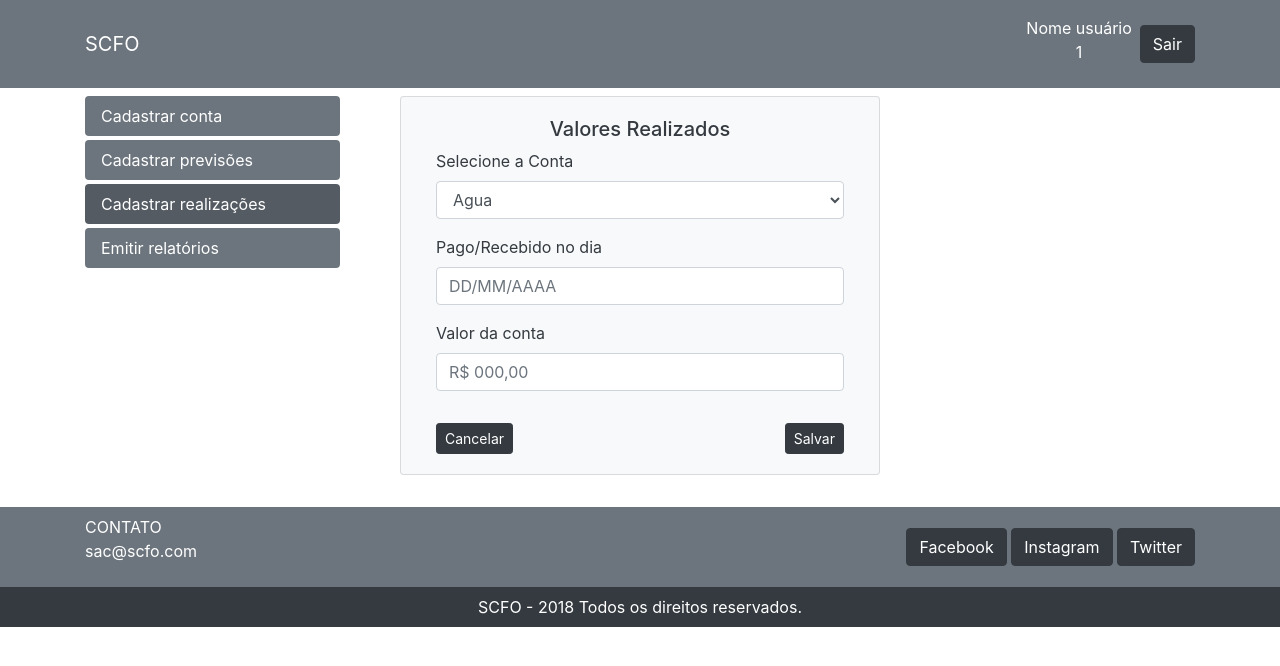
Repository: MaickSilva/scfoheroku
Page: http://localhost/inserirValores.php
The author's editor kept a record of every edit. The page is drawn from the files as they stood at one moment, then again after the next edit.
The browser window is 1280 px wide. The pictures show the whole page.
Some web libraries are served in a nearby version. The page is run by PHP 8.4 with error messages shown; the project is at /var/www/html/. The session is filled in as if someone had signed in: {"UsuarioLog": true, "cpf": 1, "senha": 1}. Other server files are loaded and not shown.

Above is the page before.

### workspace/inserirValores.php
<?php include "header.php" ?>
<?php
    session_start();
    if(!isset($_SESSION['UsuarioLog'])){
        header("Location: index.php");
        session_destroy();
    }

    if(isset($_GET['logout'])){
        session_destroy();
        header("Location: index.php");
    }
?>
    <?php include "navbarLogado.php" ?>

    <div class="container mb-3">
        <div class="row">
            <div class="col-12 col-sm-12 col-md-4 col-lg-3">
                <div class="nav flex-column nav-pills mt-2" id="v-pills-tab" role="tablist" aria-orientation="vertical">
                    <a href="cadastrarConta.php" class="nav-link btn-secondary" id="cadastroConta" role="tab" aria-controls="v-pills-home" aria-selected="false">Cadastrar conta</a>
                    <a href="cadastrarPrevisao.php" class="nav-link btn-secondary mt-1" id="v-pills-profile-tab" role="tab" aria-controls="v-pills-profile" aria-selected="false">Cadastrar previsões</a>
                    <a href="inserirValores.php" class="nav-link btn-secondary mt-1 active" id="inserirValores" role="tab" aria-controls="v-pills-valores" aria-selected="tru">Cadastrar realizações</a>
                    <a href="#" class="nav-link btn-secondary mt-1" id="v-pills-settings-tab" role="tab" aria-controls="v-pills-settings" aria-selected="false">Emitir relatórios</a>
                </div>
            </div>
            <div class="col-12 col-sm-12 col-md-8 col-lg-6">
                <div class="card text-white bg-light mb-3 mt-2 mx-auto" style="max-width: 30rem;">
                    <div class="card-body">
                        <div class="container ">
                            <form class="mx-auto text-dark " style="width: auto;" "card-text">
                                <div class="container text-center">
                                    <h5>Valores Realizados</h5>
                                </div>

                                <div class="form-group">
                                    <label for="tipoConta">Selecione a Conta</label>
                                    <select class="form-control">
                                        <option>Agua</option>
                                        <option>Luz</option>
                                        <option>Internet</option>
                                        <option>Gás</option>
                                    </select>
                                </div>

                                <div class="form-group">
                                    <label for="exampleInputCpf">Pago/Recebido no dia</label>
                                    <input type="text" class="form-control" id="datavencimento" placeholder="DD/MM/AAAA" name="dataVencimento" OnKeyPress="formatar('##/##/##', this)" maxlength="10">
                                </div>

                               <div class="form-group">
                                    <label for="exampleInputCpf">Valor da conta</label>
                                    <input type="text" class="form-control" id="valorconta" placeholder="R$ 000,00" name="dataVencimento">
                                </div>

                                <button type="submit" class="btn btn-dark float-right mt-3 btn-sm col-">Salvar</button>
                                <a href="logado.php">
                                    <button type="button" class="btn btn-dark mt-3 btn-sm col-">Cancelar</button>
                                </a>

                            </form>
                        </div>
                    </div>
                </div>
            </div>
        </div>
    </div>


<?php include "footer.php" ?>

</body>
</html>

### workspace/header.php
<!DOCTYPE html>
<html lang="pt-br">

<head>
    <meta charset="utf-8">
    <meta http-equiv="X-UA-Compatible" content="IE=edge">
    <meta name="viewport" content="width=device-width, initial-scale=1">
    <title>Sistema de Controle Financeiro Orçamentário</title>

    <!-- Bootstrap CSS-->
    <link rel="stylesheet" href="css/bootstrap.min.css">
    <link rel="stylesheet" href="css/style.css">

    <link rel="stylesheet" href="https://use.fontawesome.com/releases/v5.0.12/css/all.css" integrity="sha384-G0fIWCsCzJIMAVNQPfjH08cyYaUtMwjJwqiRKxxE/rx96Uroj1BtIQ6MLJuheaO9" crossorigin="anonymous">

    <!-- Formatação de textos -->
    <script>
        function formatar(mascara, documento){
          var i = documento.value.length;
          var saida = mascara.substring(0,1);
          var texto = mascara.substring(i)

          if (texto.substring(0,1) != saida){
                    documento.value += texto.substring(0,1);
          }

        }
    </script>
</head>

<body>

### workspace/navbarLogado.php
<nav class="navbar navbar-expand-md navbar-dark bg-secondary ">
    <div class="container">
        <a class="navbar-brand " href="logado.php">SCFO</a>
        <form class="form-inline">
            <ul class="list-unstyled text-white text-center ml-2 mr-2 pt-2">
                <li>
                    <p class="mb-0 ">Nome usuário</p>
                </li>
                <li>
                    <?php
                    echo " ".$_SESSION['cpf']
                    ?>

                </li>
            </ul>
            <button type="button" class="btn btn-dark">Sair</button>
        </form>
    </div>
</nav>

### workspace/footer.php


    <footer class="container-fluid navbar navbar-expand-md navbar-dark bg-secondary">
        <div class="container text-white">
            <p>CONTATO<br>
            <span>sac@scfo.com</span></p>

          <nav class="float-right">
              <span>
                  <button class="btn btn-dark">Facebook</button>
                  <button class="btn btn-dark">Instagram</button>
                  <button class="btn btn-dark">Twitter</button>
              </span>
          </nav>
        </div>
    </footer>

    <div class="container-fluid bg-dark text-center text-white p-2">SCFO - 2018 Todos os direitos reservados.</div>

  <script src="js/jquery-3.3.1.slim.min.js"></script>
  <script src="js/popper.min.js"></script>
  <script src="js/bootstrap.min.js"></script>

Loaded but not shown: workspace/css/bootstrap.min.css (library); workspace/js/jquery-3.3.1.slim.min.js (library); workspace/js/popper.min.js (library); workspace/js/bootstrap.min.js (library); workspace/css/style.css (no stored copy; drawn as an empty file)

After the next edit:
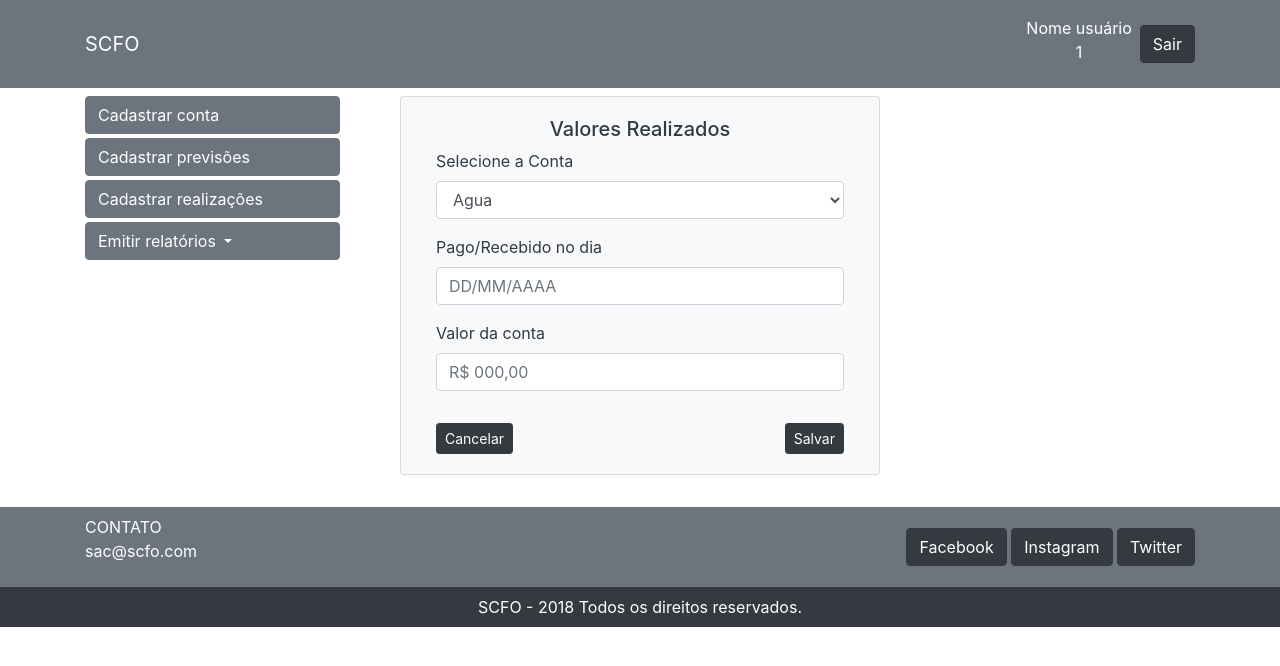
The edit:
--- a/workspace/inserirValores.php
+++ b/workspace/inserirValores.php
@@ -16,12 +16,21 @@
     <div class="container mb-3">
         <div class="row">
             <div class="col-12 col-sm-12 col-md-4 col-lg-3">
-                <div class="nav flex-column nav-pills mt-2" id="v-pills-tab" role="tablist" aria-orientation="vertical">
-                    <a href="cadastrarConta.php" class="nav-link btn-secondary" id="cadastroConta" role="tab" aria-controls="v-pills-home" aria-selected="false">Cadastrar conta</a>
-                    <a href="cadastrarPrevisao.php" class="nav-link btn-secondary mt-1" id="v-pills-profile-tab" role="tab" aria-controls="v-pills-profile" aria-selected="false">Cadastrar previsões</a>
-                    <a href="inserirValores.php" class="nav-link btn-secondary mt-1 active" id="inserirValores" role="tab" aria-controls="v-pills-valores" aria-selected="tru">Cadastrar realizações</a>
-                    <a href="#" class="nav-link btn-secondary mt-1" id="v-pills-settings-tab" role="tab" aria-controls="v-pills-settings" aria-selected="false">Emitir relatórios</a>
-                </div>
+                    <div class="nav flex-column nav-pills mt-2" id="v-pills-tab" role="tablist" aria-orientation="vertical">
+                        <a href="cadastrarConta.php" class="btn btn-secondary text-left" id="cadastroConta" role="tab" aria-controls="v-pills-home" aria-selected="false">Cadastrar conta</a>
+                        <a href="cadastrarPrevisao.php" class="btn btn-secondary mt-1 text-left" id="v-pills-profile-tab" role="tab" aria-controls="v-pills-profile" aria-selected="false">Cadastrar previsões</a>
+                        <a href="inserirValores.php" class="btn btn-secondary mt-1 text-left" id="inserirValores" role="tab" aria-controls="v-pills-valores" aria-selected="false">Cadastrar realizações</a>
+                        <a class="dropdown">
+                          <a class="btn btn-secondary dropdown-toggle mt-1 text-white text-left" id="dropdownMenuLink" aria-controls="v-pills-valores" role="tab" data-toggle="dropdown" aria-haspopup="true" aria-expanded="false">
+                            Emitir relatórios
+                          </a>
+                          <div class="dropdown-menu" aria-labelledby="dropdownMenuLink">
+                            <a class="dropdown-item" href="Relatorio.php">Relatorio 1</a>
+                            <a class="dropdown-item" href="#">Relatorio 2</a>
+                            <a class="dropdown-item" href="#">Relatorio 3</a>
+                          </div>
+                        </a>
+                    </div>
             </div>
             <div class="col-12 col-sm-12 col-md-8 col-lg-6">
                 <div class="card text-white bg-light mb-3 mt-2 mx-auto" style="max-width: 30rem;">
